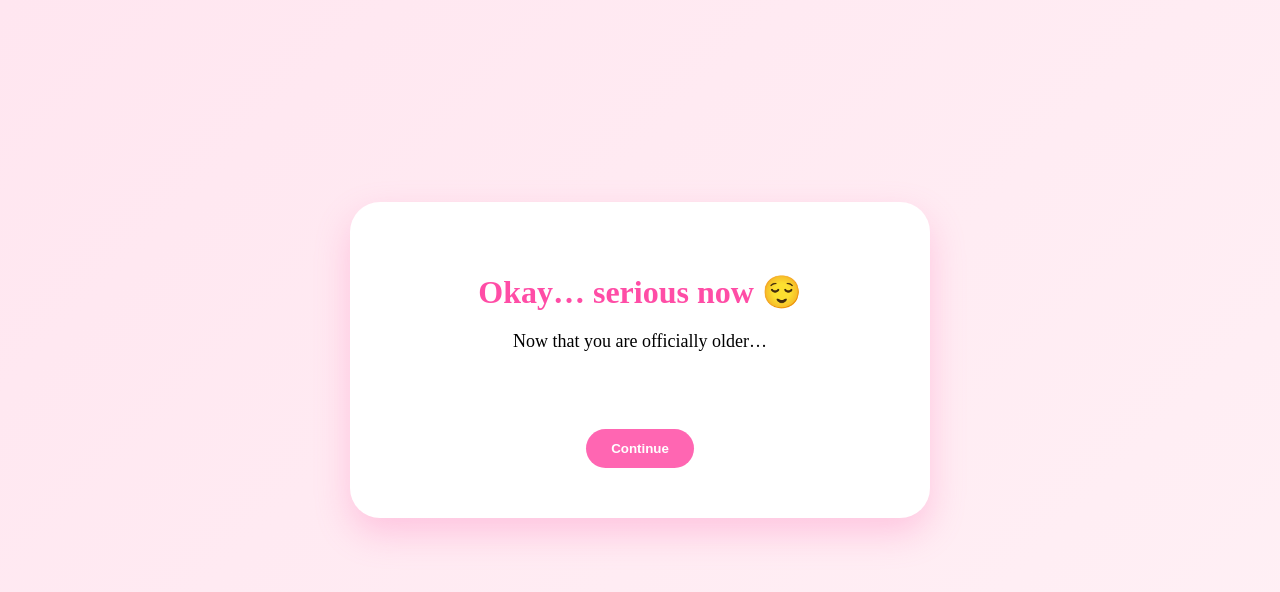
Repository: Drakaarys/muhehe
Page: prop.html
An editor plug-in stored every save of this project. The page is shown before and after the next save, followed by the edit.
The browser window is 1280 px wide. The pictures show the whole page.

Above is the page before, as saved 2026-02-26 15:54:53.

After the next save:
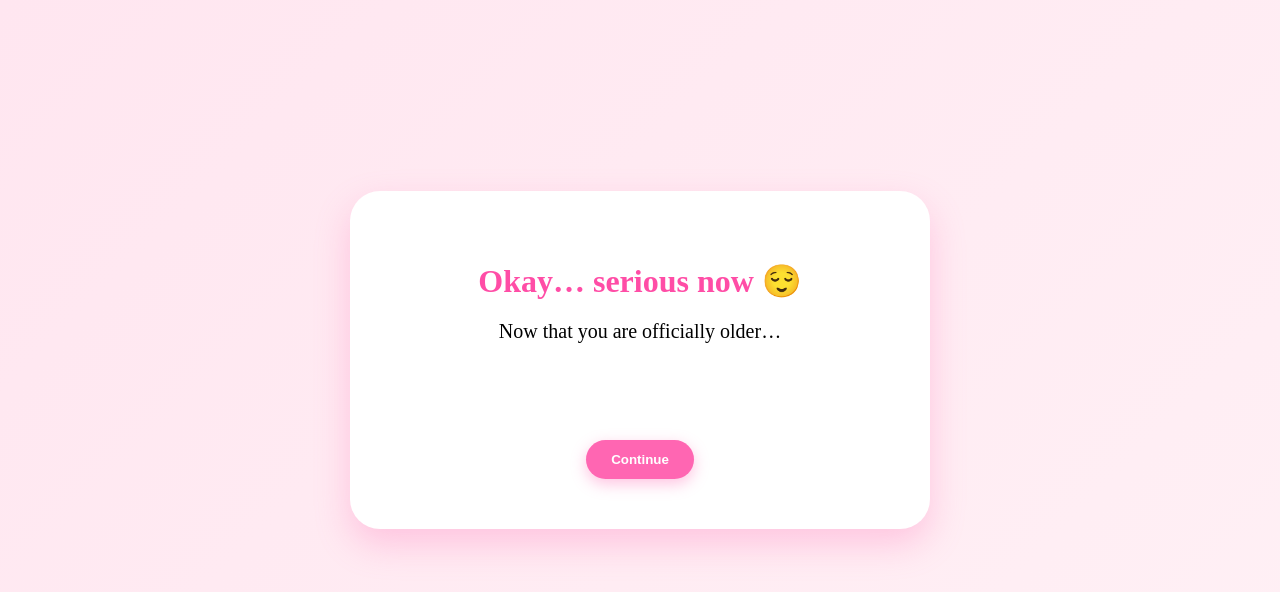
Saved 2 min 17 s later.
--- a/prop.html
+++ b/prop.html
@@ -2,7 +2,7 @@
 <html>
 <head>
 <meta charset="UTF-8">
-<title>One Important Question…</title>
+<title>One Important Question… 💖</title>
 
 <style>
 body{
@@ -32,9 +32,9 @@ margin-bottom:20px;
 }
 
 #text{
-font-size:18px;
-min-height:60px;
-transition:0.3s;
+font-size:20px;
+min-height:80px;
+transition:0.4s ease;
 }
 
 button{
@@ -47,6 +47,7 @@ color:white;
 cursor:pointer;
 font-weight:bold;
 transition:0.3s;
+box-shadow:0 5px 15px rgba(255,105,180,0.4);
 }
 
 button:hover{
@@ -58,13 +59,13 @@ background:#ff3385;
 display:none;
 }
 
+.fade{
+animation:fadeIn 1s ease-in-out;
+}
+
 @keyframes fadeIn{
 from{opacity:0;}
 to{opacity:1;}
-}
-
-.fade{
-animation:fadeIn 1s ease-in-out;
 }
 </style>
 </head>
@@ -81,10 +82,9 @@ Now that you are officially older…
 
 <button id="nextBtn" onclick="nextStep()">Continue</button>
 
-<div id="finalButtons" class="hidden">
-<button onclick="yes()">Yes 😳</button>
-<button onclick="yes()">Obviously 😌</button>
-</div>
+<button id="finalBtn" class="hidden" onclick="goNext()">
+Press this button 😌
+</button>
 
 </div>
 
@@ -111,19 +111,17 @@ else if(step === 5){
 text.innerText="Will you…";
 }
 else if(step === 6){
-text.innerText="Click the next button?";
+text.innerText="Be the girl…";
+}
+else if(step === 7){
+text.innerText="Who presses this button?";
 document.getElementById("nextBtn").classList.add("hidden");
-document.getElementById("finalButtons").classList.remove("hidden");
+document.getElementById("finalBtn").classList.remove("hidden");
 }
 }
 
-function yes(){
-document.getElementById("text").innerText="HAHA got you 😭💖 You thought this was serious didn’t you?";
-document.getElementById("finalButtons").classList.add("hidden");
-
-setTimeout(()=>{
-document.getElementById("text").innerText="Okay okay… but seriously… Happy Birthday. I just wanted to make you smile 😌💖";
-},2000);
+function goNext(){
+window.location.href="fun.html";
 }
 </script>
 
